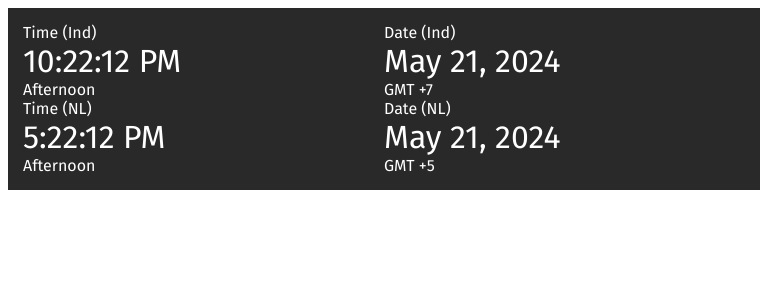
Repository: SnakeXrnt/notion-clock
Page: index.html
An editor plug-in stored every save of this project. The page is shown before and after the next save, followed by the edit.
The browser window is 768 px wide. The pictures show the whole page.

Above is the page before, as saved 2024-05-21 15:45:35.

### index.html
<!DOCTYPE html>
<html lang="en">
<head>
    <meta charset="UTF-8">
    <meta name="viewport" content="width=device-width, initial-scale=1.0">
    <title>Notion Dashboard VP</title>
    <link rel="preconnect" href="https://fonts.googleapis.com">
    <link rel="preconnect" href="https://fonts.gstatic.com" crossorigin>
    <link href="https://fonts.googleapis.com/css2?family=Fira+Sans:ital,wght@0,100;0,200;0,300;0,400;0,500;0,600;0,700;0,800;0,900;1,100;1,200;1,300;1,400;1,500;1,600;1,700;1,800;1,900&display=swap" rel="stylesheet">
    <link rel="stylesheet" href="style.css">
    <script src="script.js" defer></script>
</head>
<body>
    <div class="main">
        <div class="time">
            <div class="indonesia">
                <div class="left">
                    <h3>Time (Ind)</h3>
                    <h1 class="time-now-ind">time-now-idn</h1>
                    <h3 class="status-ind">status-ind</h3>
                </div>
                <div class="right">
                    <h3>Date (Ind)</h3>
                    <h1 class="date-now-ind">date-now-idn</h1>
                    <h3>GMT +7</h3>

                </div>
            </div>
            <div class="netherlands">
                <div class="left">
                    <h3>Time (NL)</h3>
                    <h1 class="time-now-nl">time-now-nl</h1>
                    <h3 class="status-nl">
                        status-nl
                    </h3>
                </div>
                <div class="right">
                    <h3>Date (NL)</h3>
                    <h1 class="date-now-nl">date-now-nl</h1>
                    <h3>GMT +5</h3>

                </div>
            </div>

        </div>
        <div id="weather-info">
            <!-- Weather forecast will be displayed here -->
        </div>
    </div>
</body>
</html>

### style.css
.main {
    display: flex;
    flex-direction: column;
    background-color: rgb(42, 41, 41);
    border: 2vw solid rgb(42, 41, 41);
}

.time {
    display: flex;
    width: 100%;
    justify-content: space-evenly;
}

.time .left, .right {
    width: 25vw;
    height: max-content;
    justify-content: space-evenly;

}

.time .indonesia, .netherlands {
    display: flex;
}



.time h1, h2, h3 {
    margin: 0px;
    font-family: "Fira Sans", sans-serif;
    font-weight: 400;
    font-style: normal;
    color: white;
}

body {
    overflow-x: hidden;
}

@media screen and (max-width: 768px) {
    .time {
        display: flex;
        flex-direction: column  ;
    }

    .time .left, .right {
        width: 50vw;
        height: max-content;
        justify-content: space-evenly;

    }

    .time h1{
        font-size: 4vh;
    }

    .time h3{
        font-size: 2vh;
    }


}

### script.js
document.addEventListener("DOMContentLoaded", function() {
    function getStatus(time) {
        let status = '';
        const hour = time.getHours();

        if (hour >= 5 && hour < 7) {
            status = 'Dawn';
        } else if (hour >= 7 && hour < 12) {
            status = 'Morning';
        } else if (hour >= 12 && hour < 15) {
            status = 'Mid-day';
        } else if (hour >= 15 && hour < 18) {
            status = 'Afternoon';
        } else if (hour >= 18 && hour < 21) {
            status = 'Evening';
        } else {
            status = 'Mid-night';
        }

        return status;
    }

    function updateTimeAndDate(countryCode, timeElementClass, dateElementClass, statusElementClass) {
        const now = new Date();
        const options = { timeZone: countryCode };
        const timeElement = document.querySelector('.' + timeElementClass);
        const dateElement = document.querySelector('.' + dateElementClass);
        const statusElement = document.querySelector('.' + statusElementClass);

        timeElement.textContent = now.toLocaleTimeString('en-US', options);
        dateElement.textContent = now.toLocaleDateString('en-US', {
            month: 'long',
            day: 'numeric',
            year: 'numeric'
        }, options);

        const status = getStatus(now);
        statusElement.textContent = status;
    }

    function updateEverySecond() {
        // Update time, date, and status for Indonesia
        updateTimeAndDate('Asia/Jakarta', 'time-now-ind', 'date-now-ind', 'status-ind');

        // Update time, date, and status for Netherlands
        updateTimeAndDate('Europe/Amsterdam', 'time-now-nl', 'date-now-nl', 'status-nl');
    }

    // Update every second
    setInterval(updateEverySecond, 1000);

    // Initial update
    updateEverySecond();
});

After the next save:
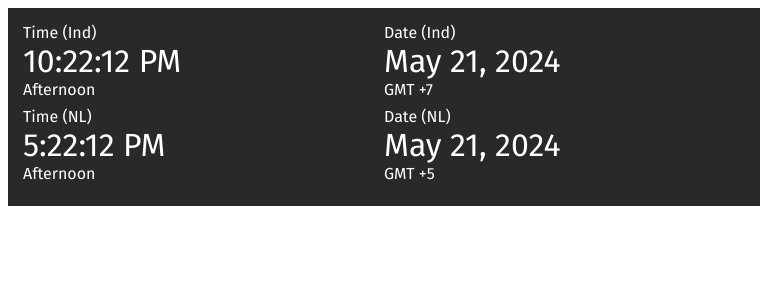
Saved 14 s later.
--- a/style.css
+++ b/style.css
@@ -46,6 +46,7 @@ body {
         width: 50vw;
         height: max-content;
         justify-content: space-evenly;
+        padding-bottom: 1vh;
 
     }
 
